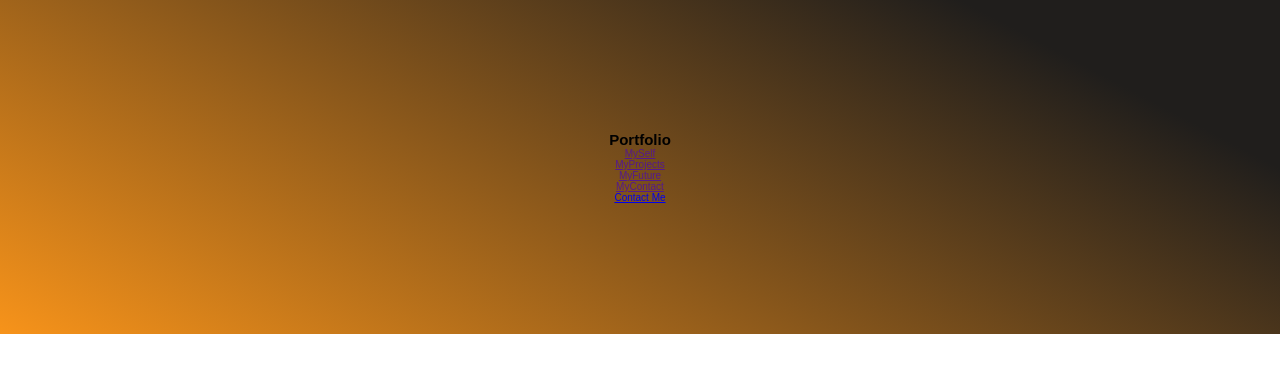
Repository: ChristianGecchelin/PortfolioOnline
Page: index.html
These files come from the project's save history. The page is drawn as it stood at one moment and after the next save; the edit follows.
The browser window is 1280 px wide. The pictures show the whole page.

Above is the page before, as saved 2022-01-08 11:43:21.

### index.html
<!DOCTYPE html>
<html lang="en">
  <head>
    <meta charset="UTF-8" />
    <meta http-equiv="X-UA-Compatible" content="IE=edge" />
    <meta name="viewport" content="width=device-width, initial-scale=1.0" />
    <title>Portfolio Christian</title>
    <link rel="stylesheet" href="./styles/styles.css" />
  </head>
  <body>
    <header>
      <nav>
        <h1>Portfolio</h1>
        <ul class="nav justify-content-end">
          <li class="nav-item">
            <a class="nav-link" href="">MySelf</a>
          </li>
          <li class="nav-item">
            <a class="nav-link" href="">MyProjects</a>
          </li>
          <li class="nav-item">
            <a class="nav-link" href="">MyFuture</a>
          </li>
          <li class="nav-item">
            <a class="nav-link" href="">MyContact</a>
          </li>
        </ul>
        <a class="header--button" href="#MyContact"> Contact Me<span></span></a>
      </nav>
      <main class="principalContainer">
        <section class="principalContainer-mySelf"></section>
        <div class="principalContainer-mySelf--information"></div>
        <div class="principalContainer-mySelf--image"></div>
        <section class="principalContainer-myProject"></section>
        <section class="principalContainer-myFuture"></section>
        <section class="principalContainer-myContact"></section>
      </main>
    </header>
  </body>
</html>

### styles/styles.css
:root {
  --strong-orange: #f7931a;
  --soft-orange: #ffe9d5;
  --secondary-blue: #1a9af7;
  --soft-blue: #e7f5ff;
  --warm-black: #201e1c;
  --black: #282623;
  --grey: #bababa;
  --off-white: #faf8f7;
  --just-white: #fff;
  --light-violet: #b0bbff;
  --strong-violet: #5764b3;
  --skin-color: #ffecb0;
  --yellow-skin-color: #fff3c9;
  --almost-brown: #b3a169;
}
* {
  box-sizing: border-box;
  margin: 0;
  padding: 0;
}
html {
  font-size: 62.5%;
  font-family: "DM Sans", sans-serif;
}
header {
  position: relative;
  display: flex;
  flex-direction: column;
  justify-content: center;
  width: 100%;
  min-width: 320px;
  height: 334px;
  text-align: center;
  background: linear-gradient(207.8deg, #201e1c 16.69%, #f7931a 100%);
}

After the next save:
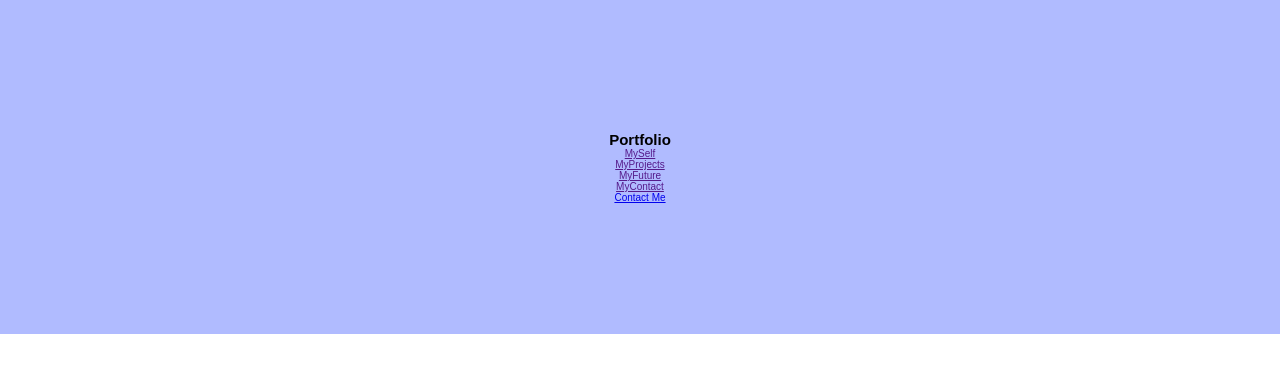
Saved 20 s later.
--- a/styles/styles.css
+++ b/styles/styles.css
@@ -32,5 +32,5 @@ header {
   min-width: 320px;
   height: 334px;
   text-align: center;
-  background: linear-gradient(207.8deg, #201e1c 16.69%, #f7931a 100%);
+  background: var(--light-violet);
 }
